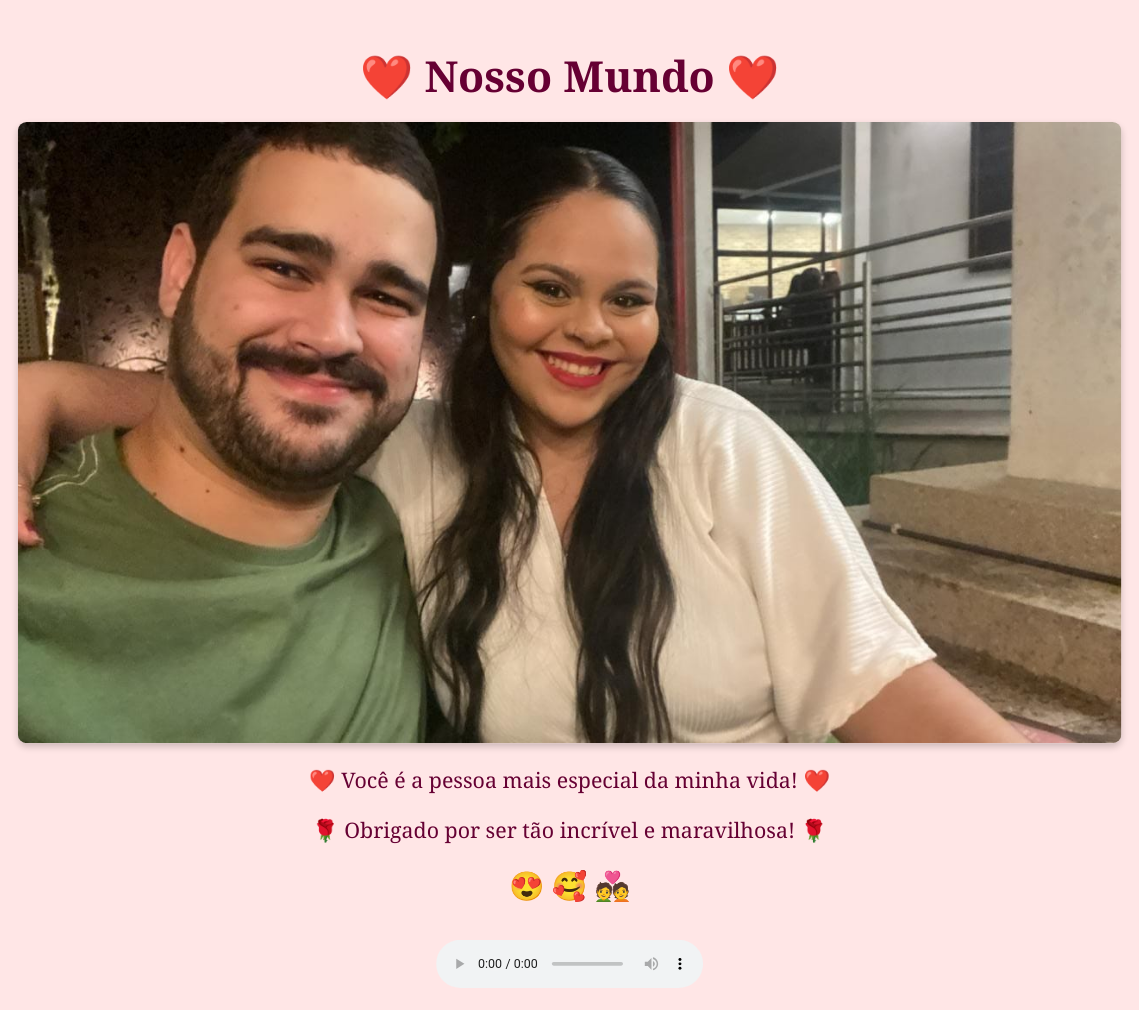
Repository: EduardoNegri/romantic
Page: Downloads/romantic/index.html
An editor plug-in stored every save of this project. The page is shown before and after a run of saves, followed by the edit.
The browser window is 1280 px wide. The pictures show the whole page, at 89% of full size.

Above is the page before, as saved 2025-03-05 14:51:58.

After the next 3 saves:
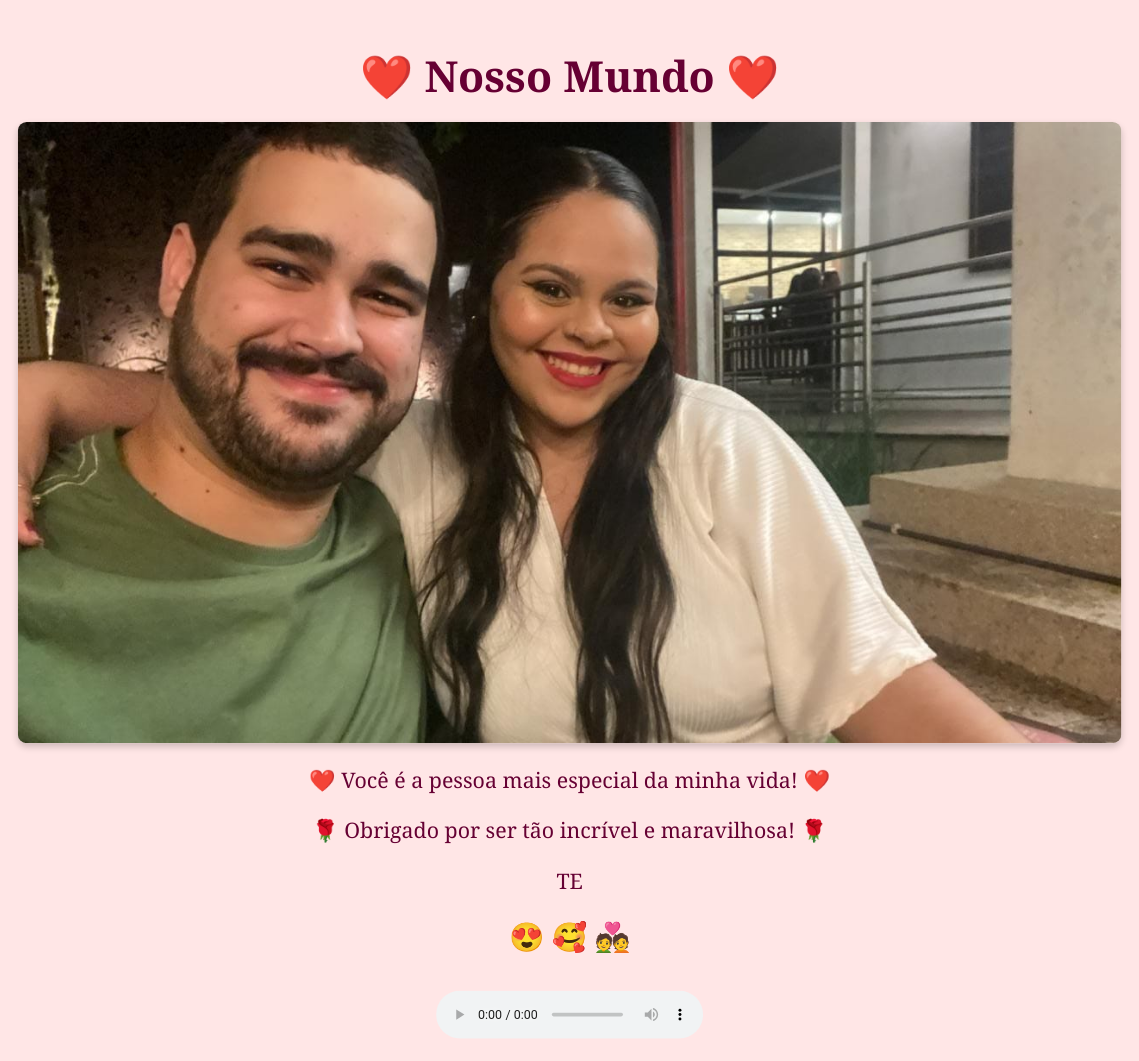
The 3 saves are shown as one change because they came seconds apart.
The last was saved 18 s later.
--- a/Downloads/romantic/index.html
+++ b/Downloads/romantic/index.html
@@ -21,6 +21,7 @@
         <div class="messages">
             <p>❤️ Você é a pessoa mais especial da minha vida! ❤️</p>
             <p>🌹 Obrigado por ser tão incrível e maravilhosa! 🌹</p>
+            <p>TE</p>
             <!-- Adicione mais mensagens aqui -->
         </div>
 
